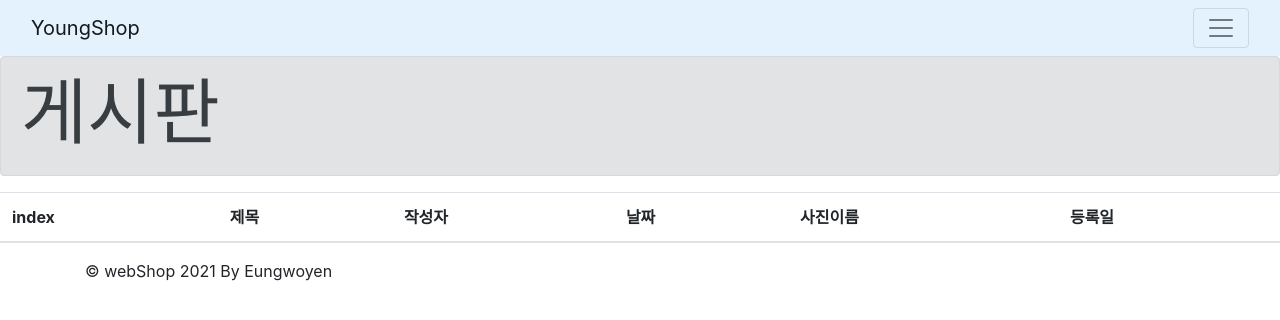
Repository: khss4008/JSP_project
Page: http://localhost/Webshop2/board/listBoard.jsp
The author's editor kept a copy of each file at every save. The page is drawn from the files as they stood at one save, then again after the next save.
The browser window is 1280 px wide. The pictures show the whole page.
The page is served by Tomcat 9. Other server files are loaded and not shown. Queries for data that is not in the repository find no rows.

Above is the page before, as saved 2021-11-05 06:11:27.
Console error: TypeError: Cannot read properties of undefined (reading 'fn')

### Webshop2/WebContent/board/listBoard.jsp
<%@page import="dao.*"%>
<%@page import="java.util.ArrayList"%>
<%@ page language="java" contentType="text/html; charset=UTF-8"
    pageEncoding="UTF-8"%>
<!DOCTYPE html>
<html>
<head>
<meta charset="UTF-8">
<title>Insert title here</title>
</head>
<body>
<%@ include file = "/header.jsp" %>



<div class="alert alert-secondary" role="alert">
  <h3 class="display-3">게시판</h3>
</div>



<table class="table table-hover">


  <thead>
    <tr>
      <th scope="col">index</th>
      <th scope="col">제목</th>
      <th scope="col">작성자</th>
      <th scope="col">날짜</th>
    <th scope="col">사진이름</th>
    <th scope="col">등록일</th>
    </tr>
  </thead>
   <tbody>
  	<%
	ArrayList<BoardObj> boards = (new BoardDAO()).getList();

  	int i = boards.size();
  	for (BoardObj board : boards){


	%>


    <tr>
      <th scope="row"><%=i %></th>
      <td><%=board.getBid() %></td>
      <td><%=board.getBtitle() %></td>
      <td><%=board.getBdescription() %></td>
      <td><%=board.getBfname() %></td>
      <td><%=board.getBdate() %></td>
    </tr>

    <%
  	}
    %>
  </tbody>

</table>



<%@ include file = "/footer.jsp" %>
</body>
</html>

### Webshop2/WebContent/header.jsp
<%@ page language="java" contentType="text/html; charset=UTF-8"
    pageEncoding="UTF-8"%>

<link rel="stylesheet" href="https://stackpath.bootstrapcdn.com/bootstrap/4.3.1/css/bootstrap.min.css" integrity="sha384-ggOyR0iXCbMQv3Xipma34MD+dH/1fQ784/j6cY/iJTQUOhcWr7x9JvoRxT2MZw1T" crossorigin="anonymous">
<script src="https://stackpath.bootstrapcdn.com/bootstrap/4.3.1/js/bootstrap.min.js" integrity="sha384-JjSmVgyd0p3pXB1rRibZUAYoIIy6OrQ6VrjIEaFf/nJGzIxFDsf4x0xIM+B07jRM" crossorigin="anonymous"></script>


<nav class="navbar navbar-light" style="background-color: #e3f2fd;">
  <div class="container-fluid">
    <a class="navbar-brand" href="/">YoungShop</a>
    <button class="navbar-toggler" type="button" data-bs-toggle="collapse" data-bs-target="#navbarNavDropdown" aria-controls="navbarNavDropdown" aria-expanded="false" aria-label="Toggle navigation">
      <span class="navbar-toggler-icon"></span>
    </button>
    <div class="collapse navbar-collapse" id="navbarNavDropdown">
      <ul class="navbar-nav">
        <li class="nav-item dropdown">
          <a class="nav-link dropdown-toggle" href="#" id="navbarDropdownMenuLink" role="button" data-bs-toggle="dropdown" aria-expanded="false">
            	게시판
          </a>
          <ul class="dropdown-menu" aria-labelledby="navbarDropdownMenuLink">
            <li><a class="dropdown-item" href="/product/products.jsp">제품목록</a></li>
            <li><a class="dropdown-item" href="#">장바구니</a></li>
          </ul>
        </li>

        <li class="nav-item dropdown">
          <a class="nav-link dropdown-toggle" href="#" id="navbarDropdownMenuLink" role="button" data-bs-toggle="dropdown" aria-expanded="false">
            	회원관리
          </a>
          <ul class="dropdown-menu" aria-labelledby="navbarDropdownMenuLink">
            <li><a class="dropdown-item" href="/member/loginMember.jsp">로그인</a></li>
            <li><a class="dropdown-item" href="#">로그아웃</a></li>
            <li><a class="dropdown-item" href="/member/joinMember.jsp">회원가입</a></li>
            <li><a class="dropdown-item" href="#">회원탈퇴</a></li>
          </ul>
        </li>

        <li class="nav-item dropdown">
          <a class="nav-link dropdown-toggle" href="#" id="navbarDropdownMenuLink" role="button" data-bs-toggle="dropdown" aria-expanded="false">
            	관리자
          </a>
          <ul class="dropdown-menu" aria-labelledby="navbarDropdownMenuLink">
            <li><a class="dropdown-item" href="/product/addProduct.jsp">제품등록</a></li>
            <li><a class="dropdown-item" href="/member/listMember.jsp">회원관리</a></li>

          </ul>
        </li>

      </ul>
    </div>
  </div>
</nav>

<script src="https://cdn.jsdelivr.net/npm/bootstrap@5.1.3/dist/js/bootstrap.bundle.min.js" integrity="sha384-ka7Sk0Gln4gmtz2MlQnikT1wXgYsOg+OMhuP+IlRH9sENBO0LRn5q+8nbTov4+1p" crossorigin="anonymous"></script>

### Webshop2/WebContent/footer.jsp
<footer class = "container">
	<p>&copy; webShop 2021 By Eungwoyen
</footer>

### Webshop2/src/dao/BoardDAO.java
package dao;

import java.sql.Connection;
import java.sql.PreparedStatement;
import java.sql.ResultSet;
import java.sql.SQLException;
import java.time.LocalDate;
import java.util.ArrayList;

import javax.naming.NamingException;

import util.ConnectionPool;

public class BoardDAO {

	public ArrayList<BoardObj> getList() throws NamingException, SQLException{

		Connection conn = null;
		PreparedStatement stmt = null;
		ResultSet rs = null;

		try {
			String sql = "SELECT * FROM board";
			conn = ConnectionPool.get();
			stmt = conn.prepareStatement(sql);
			rs = stmt.executeQuery();

			ArrayList<BoardObj> boards = new ArrayList<BoardObj>();

			while(rs.next()) {
				boards.add(new BoardObj(rs.getString("bid"),rs.getString("btitle"),rs.getString("bcontent"),
						rs.getString("bmember"), rs.getString("bdate")));
			} return boards;

		} finally {
			if(rs != null) rs.close();
			if(stmt != null) stmt.close();
			if(conn != null) conn.close();
		}
	}


	public int insert(String btitle, String bcontent, String bmember
			) throws NamingException, SQLException{

			Connection conn = null;
			PreparedStatement stmt = null;


			try {
				String sql = "INSERT INTO board (btitle, bcontent, bmember, bdate)"
						+" VALUES (?,?,?,?)";
				conn = ConnectionPool.get();
				stmt = conn.prepareStatement(sql);
				stmt.setString(1, btitle);
				stmt.setString(2, bcontent);
				stmt.setString(3, bmember);
				stmt.setString(4, LocalDate.now().toString());
				int count = stmt.executeUpdate(); //return이 1이면 데이터 나온거 2이면 아무것도 안된거

				return (count == 1) ? 1 : 2;

			} finally {
				if(conn != null) conn.close();
				if(stmt != null) stmt.close();
			}

		}
}

### Webshop2/src/util/ConnectionPool.java
package util;

import java.sql.*;
import javax.naming.*;
import javax.sql.DataSource;

public class ConnectionPool {
	private static DataSource _ds = null;

	public static Connection get() throws NamingException, SQLException {
		if (_ds == null ) {
			_ds = (DataSource) (new InitialContext()).lookup("java:comp/env/jdbc/webshop");
		}
		return _ds.getConnection();
	}
}

After the next save:
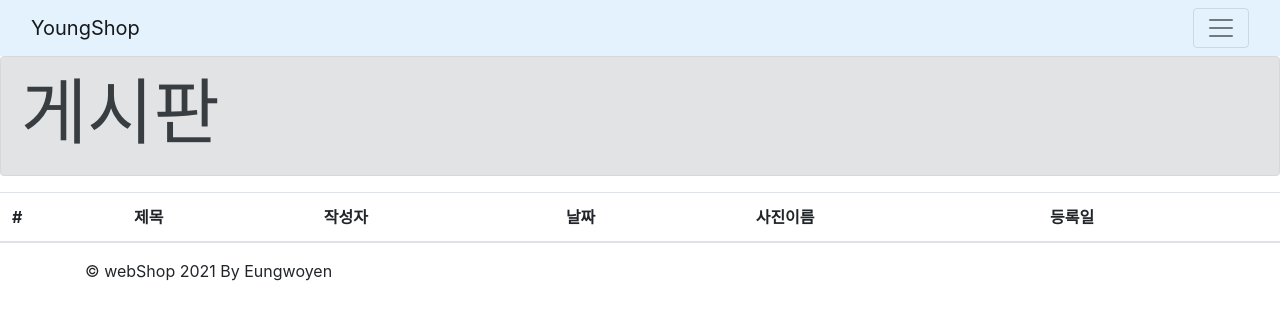
Saved 22 s later.
--- a/Webshop2/WebContent/board/listBoard.jsp
+++ b/Webshop2/WebContent/board/listBoard.jsp
@@ -24,7 +24,7 @@
 
   <thead>
     <tr>
-      <th scope="col">index</th>
+      <th scope="col">#</th>
       <th scope="col">제목</th>
       <th scope="col">작성자</th>
       <th scope="col">날짜</th>
